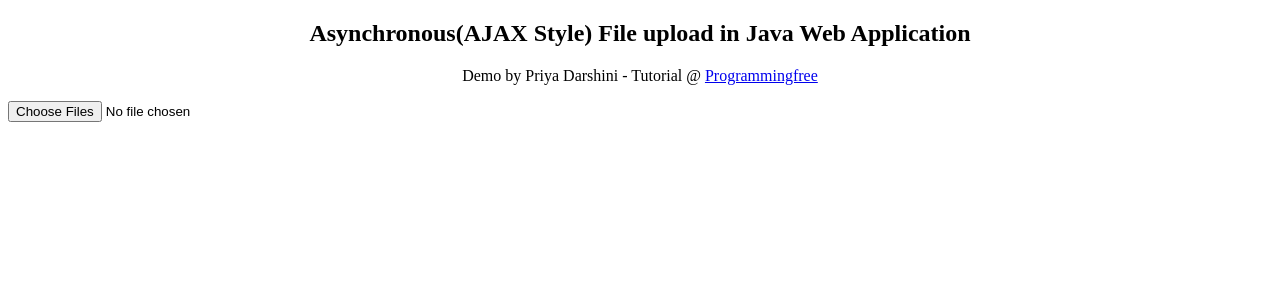
Repository: UnforgivenZZZ/bulldog
Page: http://localhost/bulldog/up.jsp
An editor plug-in stored every save of this project. The page is shown before and after the next save, followed by the edit.
The browser window is 1280 px wide. The pictures show the whole page.
The page is served by Tomcat 9. Other server files are loaded and not shown.

Above is the page before, as saved 2017-07-18 21:29:16.

### bulldog/WebContent/up.jsp
<%@ page language="java" contentType="text/html; charset=ISO-8859-1"
    pageEncoding="ISO-8859-1"%>
<!DOCTYPE html PUBLIC "-//W3C//DTD HTML 4.01 Transitional//EN" "http://www.w3.org/TR/html4/loose.dtd">
<html>
<head>
<meta http-equiv="Content-Type" content="text/html; charset=ISO-8859-1">
<title>Upload page</title>
</head>
<body>
<form>
<div class="centered">
 <h2 style="text-align:center;">Asynchronous(AJAX Style) File upload in Java Web Application</h2>
 <p style="text-align:center;">Demo by Priya Darshini - Tutorial @ <a href="http://www.programming-free.com/2013/06/ajax-file-upload-java-iframe.html">Programmingfree</a></p>
 <input type="file" name="datafile" multiple/><br/>
 <div id="upload" style="display:none;">Uploading..</div>
</div>
</form>

<form id="f2" style="display:none;">
<div class="centered">
 <h2 style="text-align:center;">Asynchronous(AJAX Style) File upload in Java Web Application</h2>
 <p style="text-align:center;">Demo by Priya Darshini - Tutorial @ <a href="http://www.programming-free.com/2013/06/ajax-file-upload-java-iframe.html">Programmingfree</a></p>
 <input type="file" name="datafile" multiple disabled/><br/>
 <div id="upload" style="display:none;">Uploading..</div>
</div>
</form>



<script src="/bulldog/js/jquery-1.8.2.js"></script>
<script src="/bulldog/js/jquery.ajaxfileupload.js"></script>
<script language="Javascript">
$(document).ready(function(){
	 $('input[type="file"]').ajaxfileupload({
	      'action': 'upload',
	  'onComplete': function(response) {
	        $('#upload').hide();
	        alert("File SAVED!!");
	      },
	      'onStart': function() {
	        $('#f2').show();
	      }
	 });
});
</script>
</body>

</html>

Loaded but not shown: bulldog/WebContent/js/jquery-1.8.2.js (library); bulldog/WebContent/js/jquery.ajaxfileupload.js (library)

After the next save:
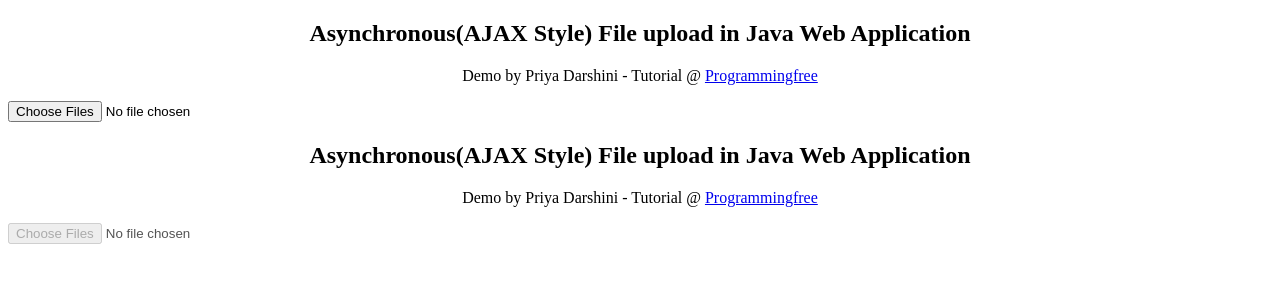
Saved 6 s later.
--- a/bulldog/WebContent/up.jsp
+++ b/bulldog/WebContent/up.jsp
@@ -16,7 +16,7 @@
 </div>
 </form>
 
-<form id="f2" style="display:none;">
+<form id="f2">
 <div class="centered">
  <h2 style="text-align:center;">Asynchronous(AJAX Style) File upload in Java Web Application</h2>
  <p style="text-align:center;">Demo by Priya Darshini - Tutorial @ <a href="http://www.programming-free.com/2013/06/ajax-file-upload-java-iframe.html">Programmingfree</a></p>
